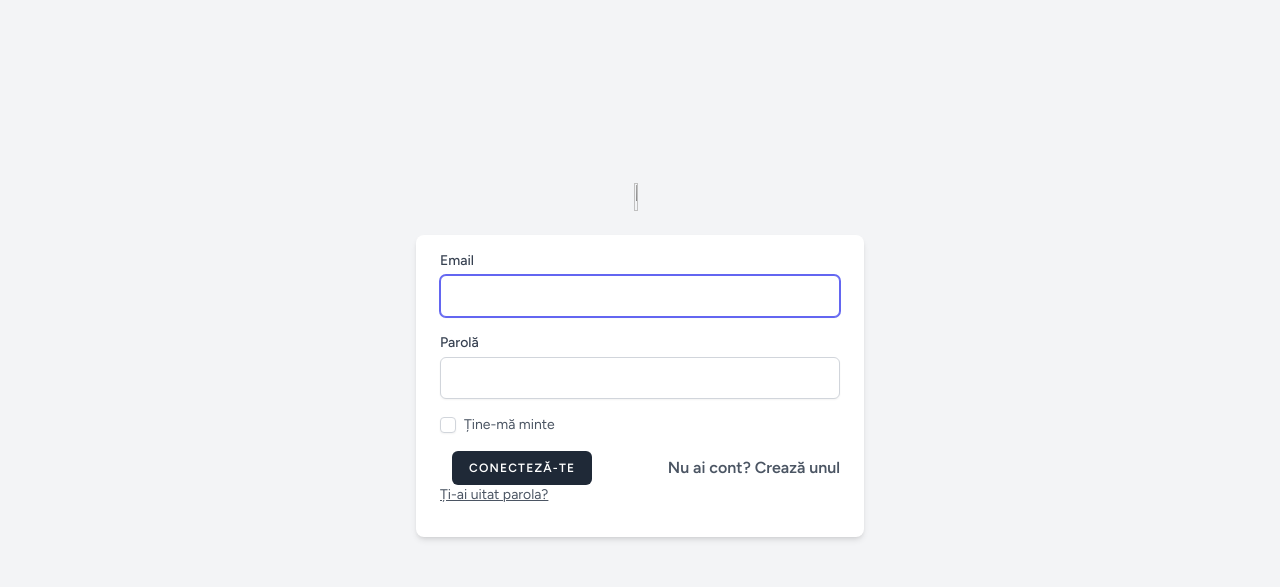
Repository: cosmin05072018/fantastic-events-manager
Page: http://localhost/login
An editor plug-in stored every save of this project. The page is shown before and after the next save, followed by the edit.
The browser window is 1280 px wide. The pictures show the whole page.
The page is served by the project's Laravel application, run on PHP 8.4 with Laravel 10. Other server files are loaded and not shown. Style sheets and scripts are compiled from the project's sources, by tool versions that may differ from the author's.

Above is the page before, as saved 2024-11-03 17:57:07.

### routes/web.php
<?php

use App\Http\Controllers\ProfileController;
use Illuminate\Support\Facades\Route;

/*
|--------------------------------------------------------------------------
| Web Routes
|--------------------------------------------------------------------------
|
| Here is where you can register web routes for your application. These
| routes are loaded by the RouteServiceProvider and all of them will
| be assigned to the "web" middleware group. Make something great!
|
*/

Route::get('/', function () {
    return view('startApp');
});

Route::get('/dashboard', function () {
    return view('dashboard');
})->middleware(['auth', 'verified'])->name('dashboard');

Route::middleware('auth')->group(function () {
    Route::get('/profile', [ProfileController::class, 'edit'])->name('profile.edit');
    Route::patch('/profile', [ProfileController::class, 'update'])->name('profile.update');
    Route::delete('/profile', [ProfileController::class, 'destroy'])->name('profile.destroy');
});

require __DIR__.'/auth.php';

### resources/views/auth/login.blade.php
<style>
    .logo-img {
        width: 100%;
        display: flex;
        align-items: center;
        justify-content: center;
    }
</style>

<x-guest-layout>
    <!-- Session Status -->
    <x-auth-session-status class="mb-4" :status="session('status')" />

    <form method="POST" action="{{ route('login') }}">
        @csrf

        <!-- Email Address -->
        <div>
            <x-input-label for="email" :value="__('Email')" />
            <x-text-input id="email" class="block mt-1 w-full" type="email" name="email" :value="old('email')" required
                autofocus autocomplete="username" />
            <x-input-error :messages="$errors->get('email')" class="mt-2" />
        </div>

        <!-- Password -->
        <div class="mt-4">
            <x-input-label for="password" :value="__('Parolă')" />

            <x-text-input id="password" class="block mt-1 w-full" type="password" name="password" required
                autocomplete="current-password" />

            <x-input-error :messages="$errors->get('password')" class="mt-2" />
        </div>

        <!-- Remember Me -->
        <div class="block mt-4">
            <label for="remember_me" class="inline-flex items-center">
                <input id="remember_me" type="checkbox"
                    class="rounded dark:bg-gray-900 border-gray-300 dark:border-gray-700 text-indigo-600 shadow-sm focus:ring-indigo-500 dark:focus:ring-indigo-600 dark:focus:ring-offset-gray-800"
                    name="remember">
                <span class="ms-2 text-sm text-gray-600 dark:text-gray-400">{{ __('Ține-mă minte') }}</span>
            </label>
        </div>

        <div class="flex items-center justify-between mt-4">
            <x-primary-button class="ms-3">
                {{ __('Conecteză-te') }}
            </x-primary-button>
            @if (Route::has('register'))
                <a href="{{ route('register') }}"
                    class="ml-4 font-semibold text-gray-600 hover:text-gray-900 dark:text-gray-400 dark:hover:text-white focus:outline focus:outline-2 focus:rounded-sm focus:outline-red-500">Nu ai cont? Crează unul</a>
            @endif
        </div>
        @if (Route::has('password.request'))
            <a class="underline text-sm text-gray-600 dark:text-gray-400 hover:text-gray-900 dark:hover:text-gray-100 rounded-md focus:outline-none focus:ring-2 focus:ring-offset-2 focus:ring-indigo-500 dark:focus:ring-offset-gray-800"
                href="{{ route('password.request') }}">
                {{ __('Ți-ai uitat parola?') }}
            </a>
        @endif
    </form>
</x-guest-layout>

### resources/views/components/application-logo.blade.php
<div class="logo-img">
    <img src="{{ asset('storage/logo.svg') }}" alt="Logo" style="width: 20% !important;">
</div>

Loaded but not shown: routes/auth.php (common file); app/Http/Controllers/Auth/EmailVerificationPromptController.php (common file); app/Http/Controllers/Controller.php (common file); app/Http/Controllers/Auth/VerifyEmailController.php (common file); app/Http/Controllers/Auth/AuthenticatedSessionController.php (common file); app/View/Components/GuestLayout.php (common file); resources/views/components/auth-session-status.blade.php (common file); resources/views/components/input-label.blade.php (common file); resources/views/components/text-input.blade.php (common file); resources/views/components/input-error.blade.php (common file); resources/views/components/primary-button.blade.php (common file); resources/views/layouts/guest.blade.php (common file); resources/css/app.css (common file); tailwind.config.js (common file); resources/js/app.js (common file); resources/js/bootstrap.js (common file)

After the next save:
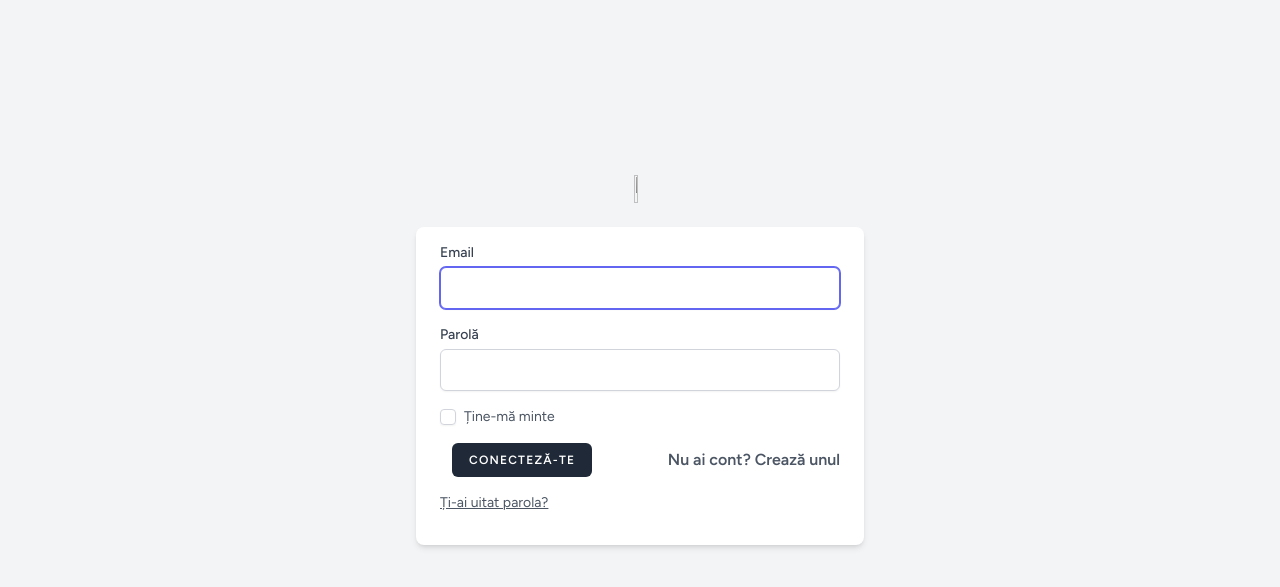
Saved 8 s later.
--- a/resources/views/auth/login.blade.php
+++ b/resources/views/auth/login.blade.php
@@ -42,7 +42,7 @@
             </label>
         </div>
 
-        <div class="flex items-center justify-between mt-4">
+        <div class="flex items-center justify-between my-4">
             <x-primary-button class="ms-3">
                 {{ __('Conecteză-te') }}
             </x-primary-button>
